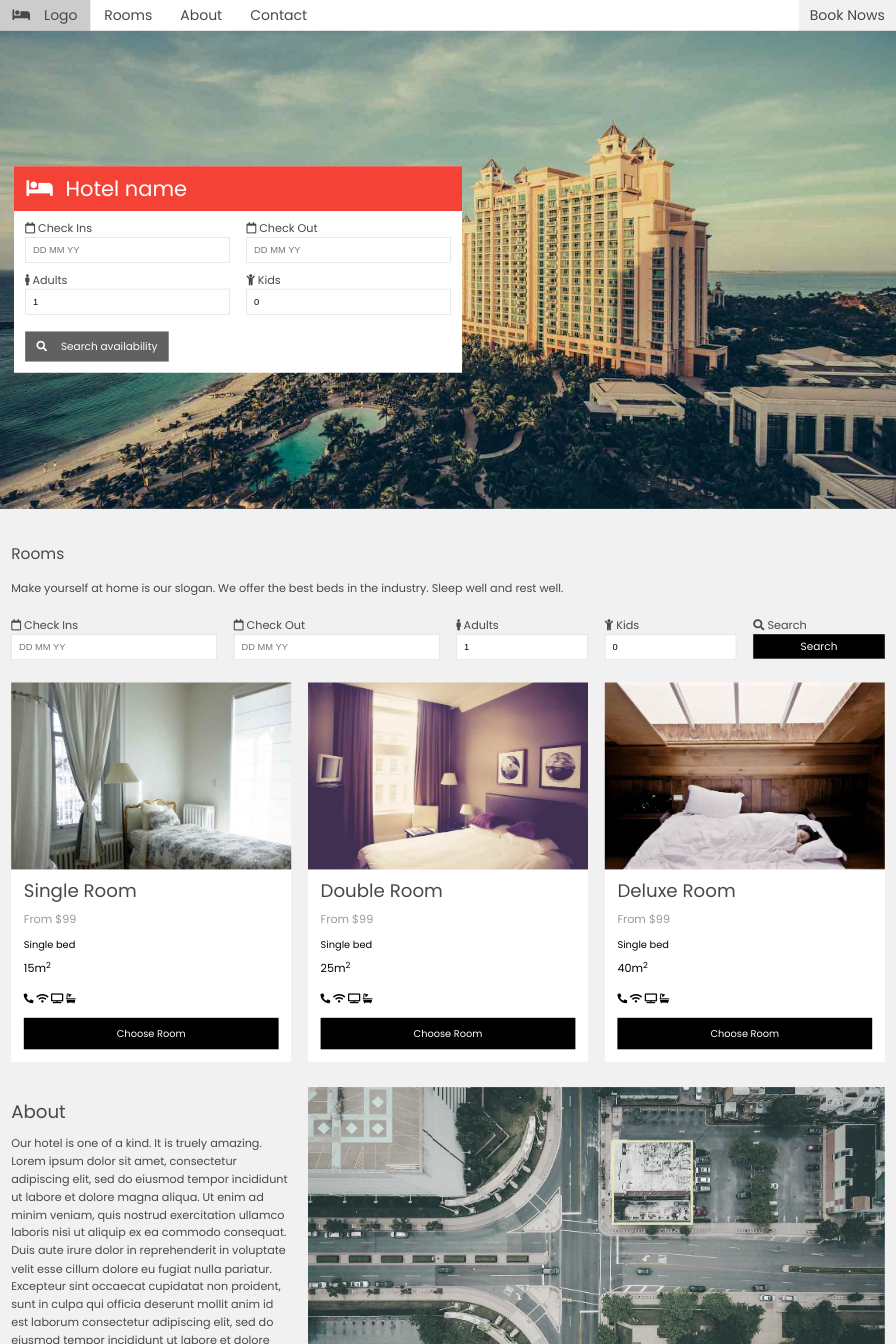
Repository: phamhuuloc/Travel_Template
Page: index.html
An editor plug-in stored every save of this project. The page is shown before and after the next save, followed by the edit.
The browser window is 1280 px wide. The pictures show the part of the page from y = 0 to 1920 px (the page is 3909 px tall before and 4046 px after), at 70% of full size.
The style sheet was rebuilt from its Sass, Less or Tailwind sources for each picture, by a compiler version that may differ from the author's.

Above is the page before, as saved 2021-09-21 13:50:29.

After the next save:
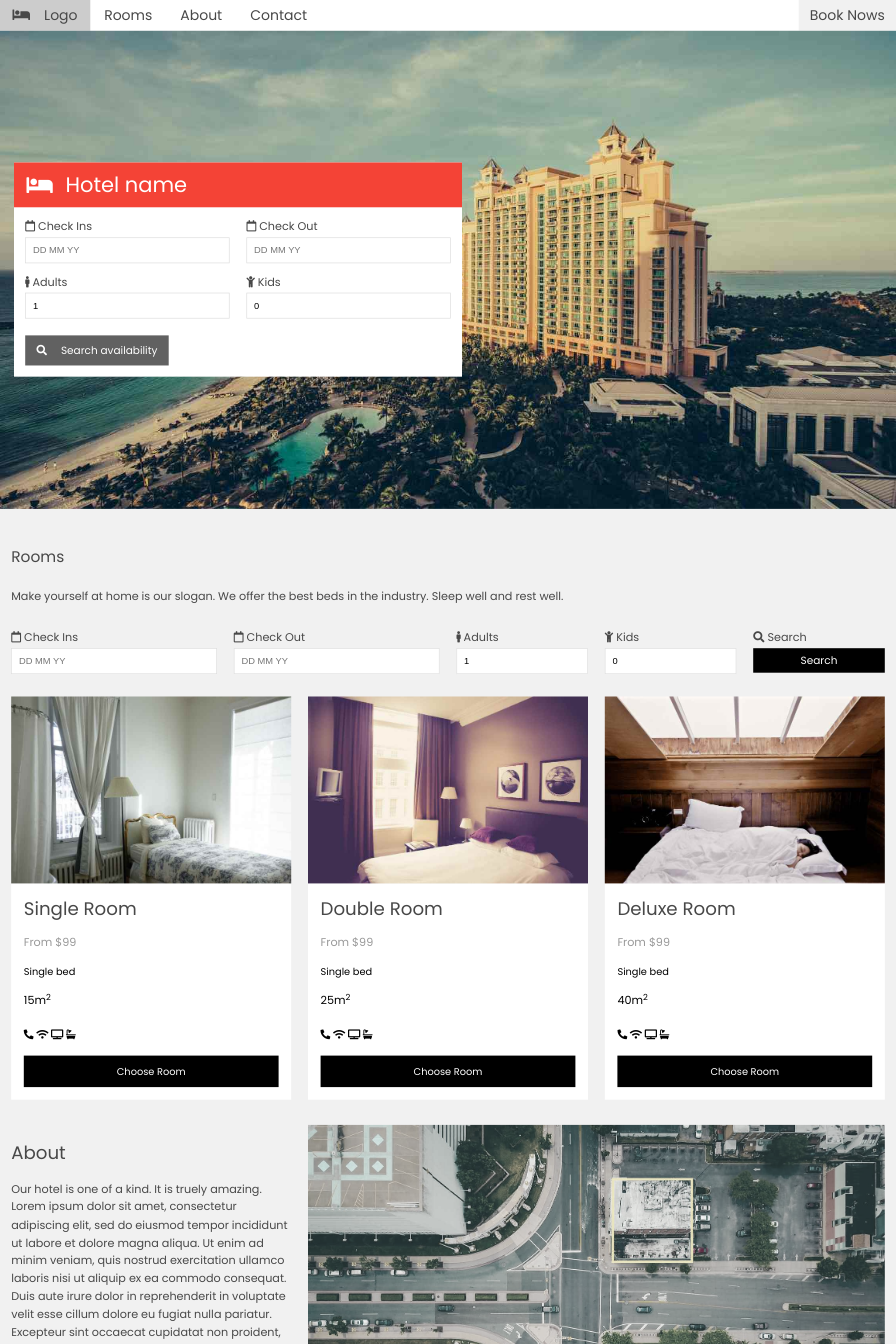
Saved 7 min 35 s later.
--- a/assets/main.scss
+++ b/assets/main.scss
@@ -18,6 +18,7 @@ html {
 body {
   background-color: #f1f1f1;
   font-family: "Poppins", sans-serif;
+  line-height: 1.4;
 }
 ul {
   list-style: none;
